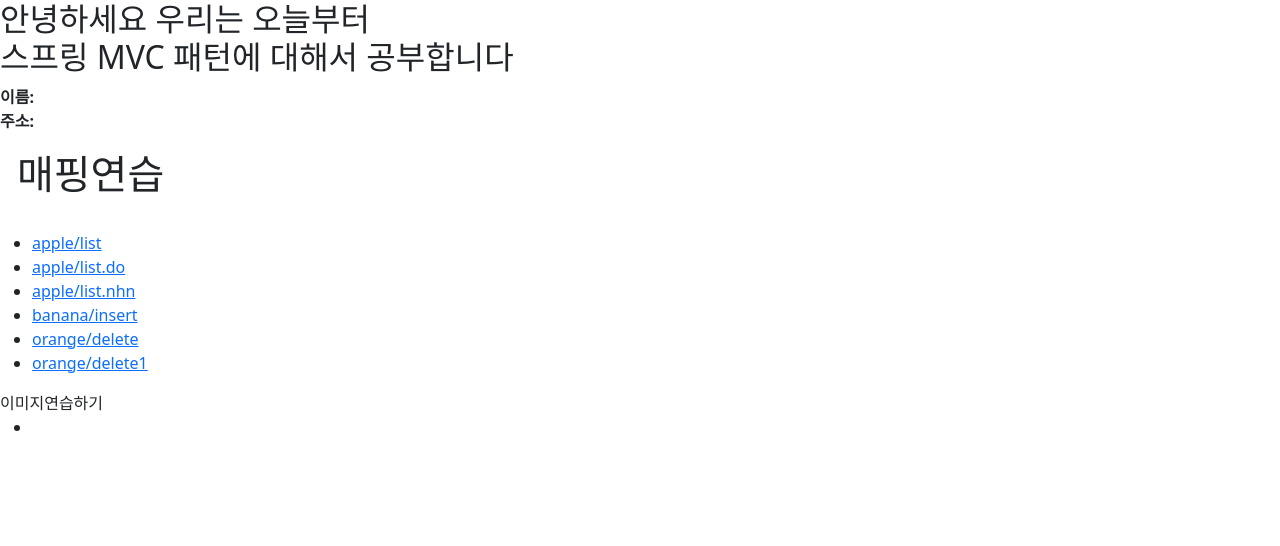
Repository: Hyeonqz/Spring
Page: http://localhost/SpringMVC0/WEB-INF/day1005/start.jsp
The author's editor kept a copy of each file at every save. The page is drawn from the files as they stood at one save, then again after the next save.
The browser window is 1280 px wide. The pictures show the whole page.
The page is served by Tomcat 9. Nobody is signed in. Other server files are loaded and not shown. The template is opened directly, without the code that normally fills it, so the values that code supplies are empty.

Above is the page before, as saved 2023-10-05 03:09:38.

### SpringMVC0/src/main/webapp/WEB-INF/day1005/start.jsp
<%@ page language="java" contentType="text/html; charset=UTF-8"
    pageEncoding="UTF-8"%>
<%@ taglib uri="http://java.sun.com/jsp/jstl/core" prefix="c" %>
<%@ taglib uri="http://java.sun.com/jsp/jstl/fmt" prefix="fmt" %>
<!DOCTYPE html>
<html>
<head>
<meta charset="UTF-8">
<link href="https://cdn.jsdelivr.net/npm/bootstrap@5.3.0/dist/css/bootstrap.min.css" rel="stylesheet">
<link href="https://fonts.googleapis.com/css2?family=VT323&display=swap" rel="stylesheet">
<script src="https://code.jquery.com/jquery-3.7.0.js"></script>
<title>JSTL</title>
</head>

<body>
	<h2>안녕하세요 우리는 오늘부터<br>
	스프링 MVC 패턴에 대해서 공부합니다
	</h2>
	<b>이름:${requestScope.name }</b><br>
	<b>주소:${addr }</b>

	<h1 class="alert aelrt-info">매핑연습</h1>
	<ul>
		<li><a href="apple/list">apple/list</a></li>
		<li><a href="apple/list">apple/list.do</a></li>
		<li><a href="apple/list">apple/list.nhn</a></li>
		<li><a href="banana/insert">banana/insert</a></li>
		<li><a href="orange/delete">orange/delete</a></li>
		<li><a href="orange/delete1">orange/delete1</a></li>
	</ul>

	<H1class="alert alert-success">이미지연습하기</H1>
	<ul>
		<li></li>
	</ul>





















</body>
</html>

After the next save:
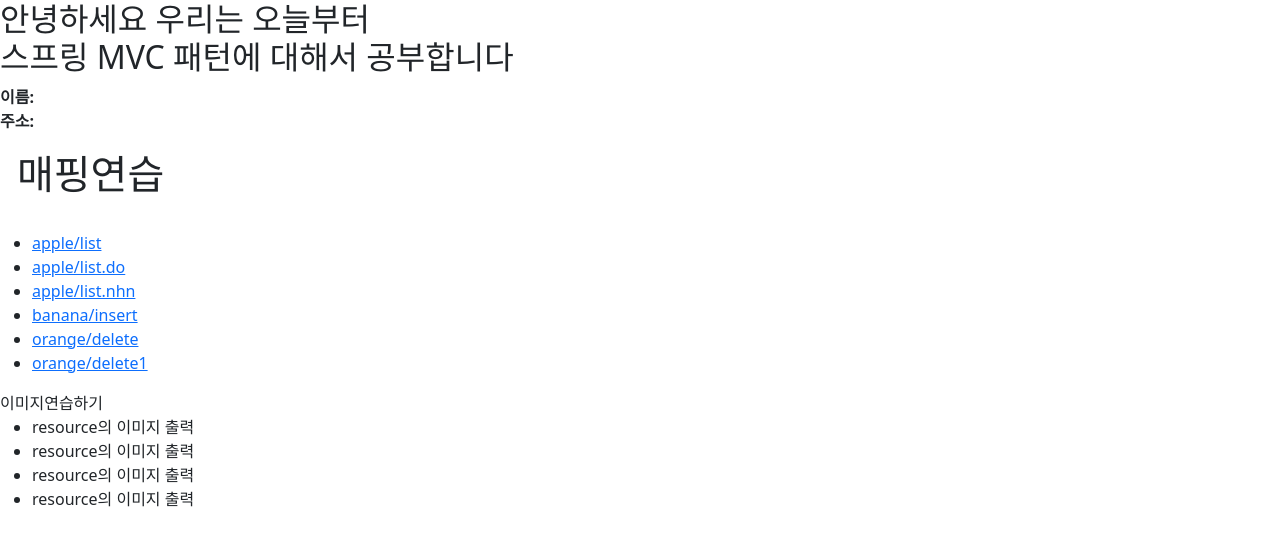
Saved 90 s later.
--- a/SpringMVC0/src/main/webapp/WEB-INF/day1005/start.jsp
+++ b/SpringMVC0/src/main/webapp/WEB-INF/day1005/start.jsp
@@ -31,7 +31,10 @@
 
 	<H1class="alert alert-success">이미지연습하기</H1>
 	<ul>
-		<li></li>
+		<li><a herf="shop/detail">resource의 이미지 출력</a></li>
+		<li><a herf="board/insert/data">resource의 이미지 출력</a></li>
+		<li><a herf="">resource의 이미지 출력</a></li>
+		<li><a herf="">resource의 이미지 출력</a></li>
 	</ul>
 
 
